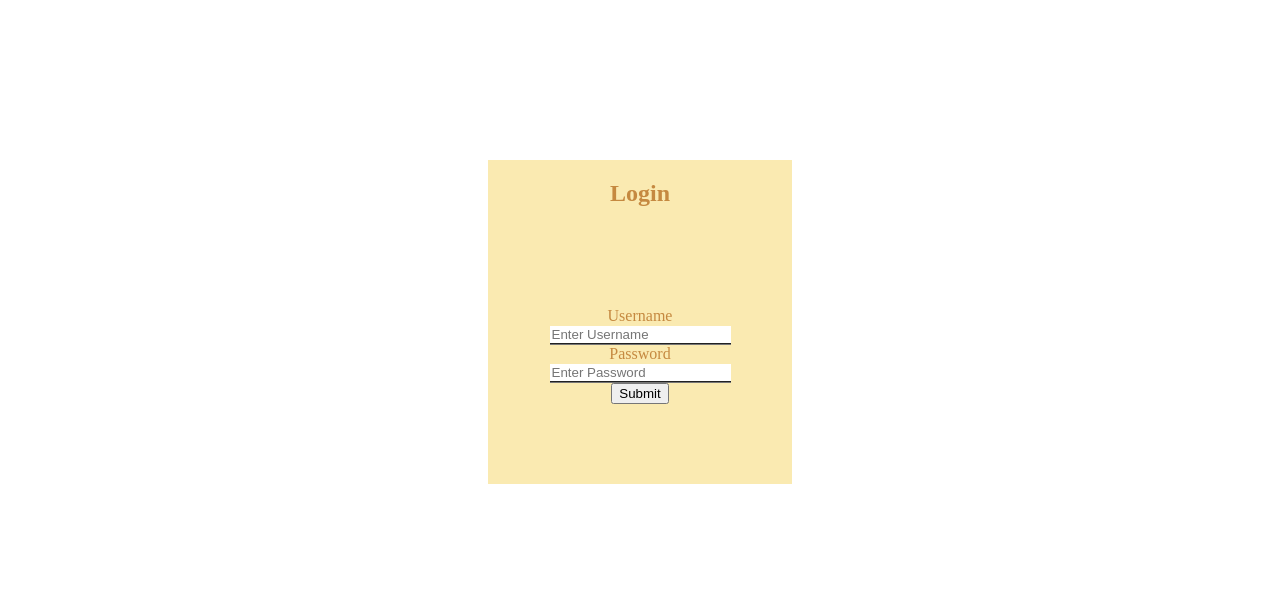
Repository: Shivamkr522/Contact_Us_Page
Page: http://localhost/ContactUs/login.jsp
The author's editor kept a copy of each file at every save. The page is drawn from the files as they stood at one save, then again after the next save.
The browser window is 1280 px wide. The pictures show the whole page.
The page is served by Tomcat 9. Other server files are loaded and not shown.

Above is the page before, as saved 2022-12-11 13:27:20.

### ContactUs/src/main/webapp/login.jsp
<%@ page language="java" contentType="text/html; charset=UTF-8"
    pageEncoding="UTF-8"%>
 <%@ taglib prefix="c" uri="http://java.sun.com/jsp/jstl/core"%>
<!DOCTYPE html>
<html>
<head>
<meta charset="UTF-8">
<title>Login</title>
<link rel="stylesheet" href="login.css">

</head>
<body>
	<div id="login-box">
		<h2>Login</h2>
		<form action="login" method="post">
		<div>
			<label for="user-name" class="label-data">Username</label>
			<br>
			<input type="text" name="username" id="user" placeholder="Enter Username">
			<br>
			<label for="password" class="label-data">Password</label>
			<br>
			<input type="password" name="password" id="pass" placeholder="Enter Password">
			<br>
			<button>Submit</button>
		</div>
		</form>
	</div>
</body>
</html>

### ContactUs/src/main/webapp/login.css
@charset "UTF-8";



h2{
	text-align: center;
	color: #C58940;
}

.label-data{
	margin: 2rem;
	color: #C58940;
}

input{
	border-top-style: hidden;
 	border-right-style: hidden;
	border-left-style: hidden;
	border-bottom-style: groove;
}

form{
	text-align: center;
	padding: 5rem 0;
}

#login-box{
	display: flex;
	flex-direction: column;
	background-color: #FAEAB1;
	margin: 10rem 30rem;
}

After the next save:
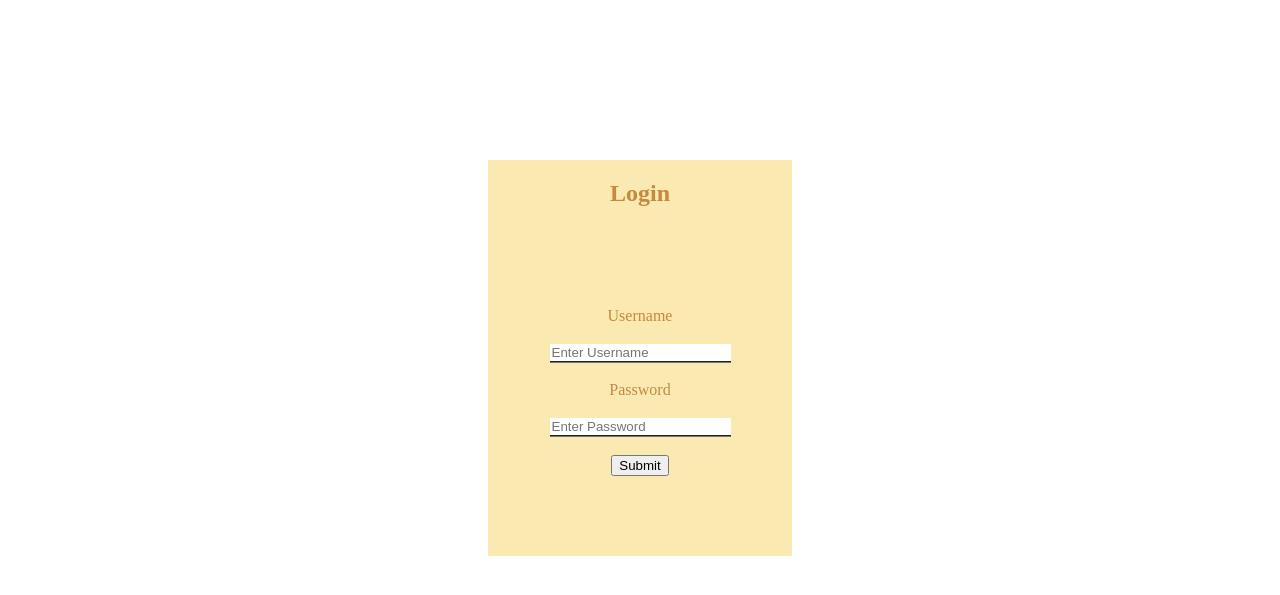
Saved 2 min 29 s later.
--- a/ContactUs/src/main/webapp/login.jsp
+++ b/ContactUs/src/main/webapp/login.jsp
@@ -14,15 +14,26 @@
 		<h2>Login</h2>
 		<form action="login" method="post">
 		<div>
-			<label for="user-name" class="label-data">Username</label>
+			<div>
+				<label for="user-name" class="label-data">Username</label>
+			</div>
 			<br>
-			<input type="text" name="username" id="user" placeholder="Enter Username">
+			<div>
+				<input type="text" name="username" id="user" placeholder="Enter Username">
+
+			</div>
 			<br>
-			<label for="password" class="label-data">Password</label>
+			<div>
+				<label for="password" class="label-data">Password</label>
+			</div>
 			<br>
-			<input type="password" name="password" id="pass" placeholder="Enter Password">
+			<div>
+				<input type="password" name="password" id="pass" placeholder="Enter Password">
+			</div>
 			<br>
-			<button>Submit</button>
+			<div>
+				<button>Submit</button>
+			</div>
 		</div>
 		</form>
 	</div>
